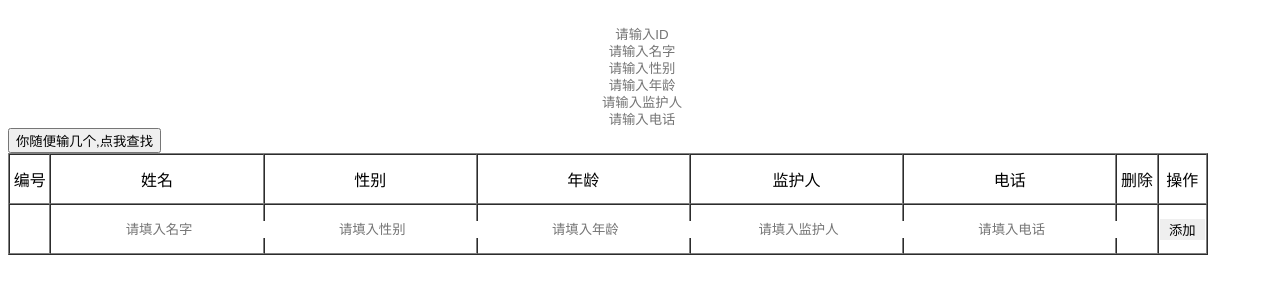
Repository: zhangweihang/management_system
Page: http://localhost/ItsTimeToShow/all
These files come from the project's save history. The page is drawn as it stood at one moment and after the next save; the edit follows.
The browser window is 1280 px wide. The pictures show the whole page.
The page is served by Tomcat 9. Queries for data that is not in the repository find no rows.

Above is the page before, as saved 2017-09-29 12:50:11.

After the next save:
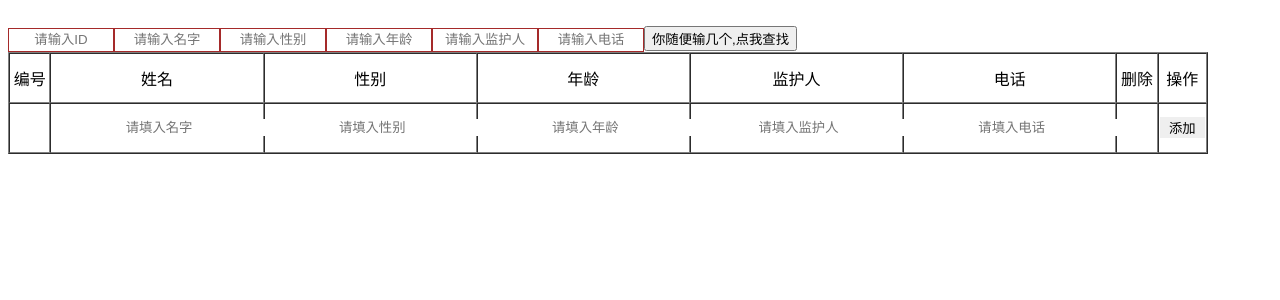
Saved 81 s later.
--- a/ItsTimeToShow/WebContent/all.jsp
+++ b/ItsTimeToShow/WebContent/all.jsp
@@ -16,7 +16,7 @@
 		width:100%;
 		height:100%;
 	}
-	#haha1{
+	.haha1{
 		border:1px solid brown;
 		text-align: center;
 		width:100px;
